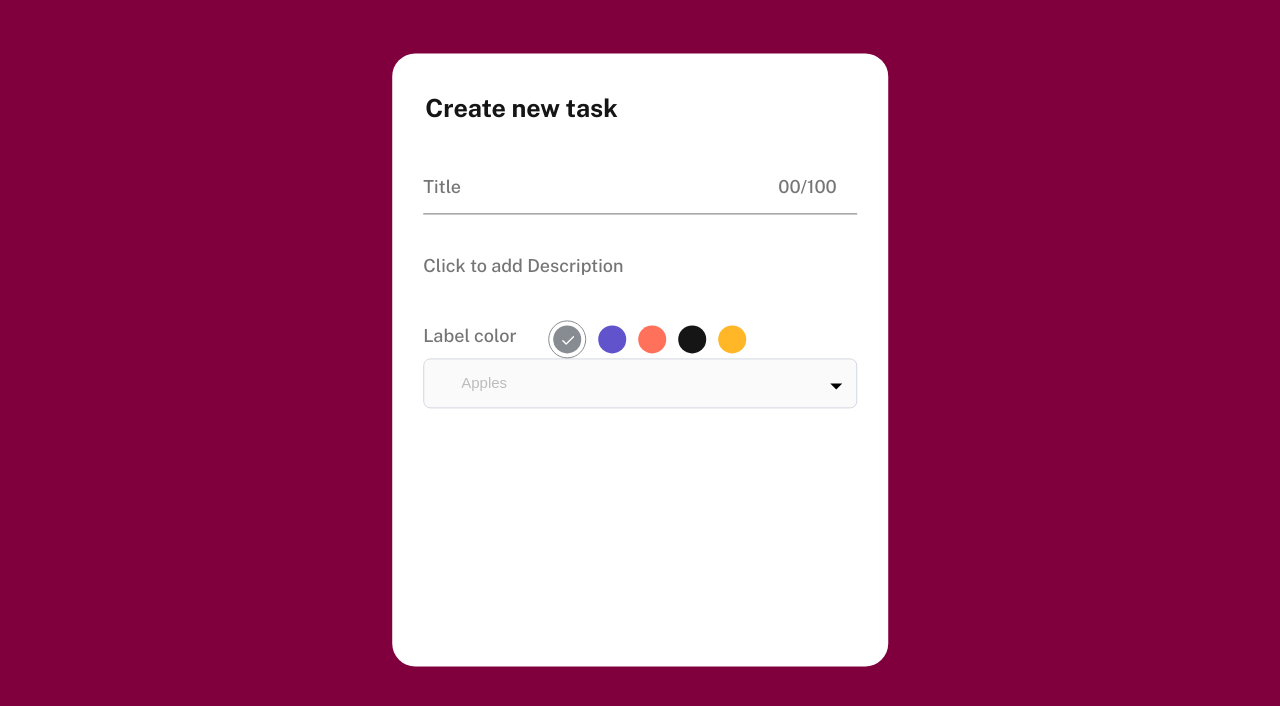
Repository: MorgunovaAlexandra/verstka-form
Page: index.html
These files come from the project's save history. The page is drawn as it stood at one moment and after the next save; the edit follows.
The browser window is 1280 px wide. The pictures show the whole page.
The style sheet was rebuilt from its Sass, Less or Tailwind sources for each picture, by a compiler version that may differ from the author's.

Above is the page before, as saved 2022-06-24 14:06:12.

### index.html
<!DOCTYPE html>
<html lang="ru">
<head>
    <meta charset="UTF-8">
    <meta http-equiv="X-UA-Compatible" content="IE=edge">
    <meta name="viewport" content="width=device-width, initial-scale=1.0">
    <link rel="stylesheet" href="./css/style.css">
    <title>Document</title>
</head>
<body>
    <div class="wrapper">
       <form class="form">

           <div class="fieldset">
            <legend><b>Create new task</b></legend>
            <div class="form__container __container">
            <div class="text-field">
                <input class="text-field__input" type="text" name="firstname" id="firstname"
                >
                <label class="text-field__label" for="username">Title</label>
                <label class="text-field__label2" for="username">00/100</label>
              </div>
              <div class="form-field__text">Click to add Description</div>
              <div class="form-fied__color field-color">
                  <div class="field-color__text">Label color</div>
                  <div class="field-color__color circle">
                      <div class="circle__border">
                          <div class="circle__color grey">
                              <img class="circle__img" src="./img/done.svg">
                          </div>
                      </div>
                      <div class="circle__color purple"></div>
                      <div class="circle__color red"></div>
                      <div class="circle__color black"></div>
                      <div class="circle__color yellow"></div>
                  </div>
              </div>
              <div class="form-field__select">
                  <div class="select__arrow">
                    <select name="select-category" id="" class="select">
                        <option value="1">Apples</option>
                        <option value="2">Bananas</option>
                        <option value="3">Grapes</option>
                      </select>
                  </div>
              </div>
              </div>
           </div>
        </form>
    </div>
</body>
</html>

### scss/style.scss
@import "variables";
@import "mixins";
@import url('https://fonts.googleapis.com/css2?family=Public+Sans:wght@500;700&display=swap');
body {
   @include vov(rgb(128, 0, 62));
   font-family:$fontFamily ;
   font-weight: $fontWaight;
   line-height: $lineHeight;
   font-size: $fontSize;
   color:$ColorGrey;
}
.__container{
    padding-left: 31px;
    padding-right: 31px;
}
.form{
    width: 495.55px;
    height: 613.21px;
    background-color: white;
    border-radius: 23px;
     box-sizing: border-box;
    position: fixed; top: 50%; left: 50%;
    -webkit-transform: translate(-50%, -50%);
    -ms-transform: translate(-50%, -50%);
    transform: translate(-50%, -50%);
}
legend{
    margin-top: 40px;
    margin-left: 31px;
    font-weight: 700;
    font-size: 25px;
    color:$ColorBlack;
}
.text-field{
    position: relative;
    display: flex;
    justify-content: center;
    margin-top: 46px;
    margin-bottom: 36px;

}
.text-field__input{
    width: 100%;
    height: 40px;
    border: none;
    border-bottom: 1px solid $ColorGrey ;

    }
.text-field__label{
   position: absolute;
   left: 0px;

}
.text-field__label2{
    position: absolute;
    right: 20px;
}
.form-field__text{
    margin-bottom: 38px;
}
.form-fied__color{
    display: flex;
    justify-content: flex-start;
}
.field-color__text{
margin-right: 32px;
}
.field-color__color{
    display: flex;
   align-items: center;
}

.circle__border{
    position: relative;
    width: 36px;
    height: 36px;
    border-radius: 50%;
    border: 1px solid #878C93;
}
.grey{
    position: absolute;
    width: 28px;
    height: 28px;
    top:4px;
    left: 4px;
    border-color: #878C93;
    border-radius: 50%;
    z-index: 30;

    background-color:
    #878C93;
}
.circle__img{
    position: absolute;
    top:10px;
    left: 8px;
}
.circle__color{
    width: 28px;
    height: 28px;
    border-radius: 50%;
    margin-right:12px ;
}
.purple{
    background-color: #6153CC;
    margin-left: 12px;
}
.red{
    background-color:#FF715B;
}
.black{
    background-color:$ColorBlack;
}
.yellow{
    background-color:#FFB627;
    margin-right:0px ;
}
.select{
    appearance: none;
    border: 1px solid #566789;
    opacity: 26%;
    width: 100%;
    height: 50px;
    border-radius: 7px;
    cursor: pointer;
    padding-left: 37px;
    padding-top: 15px;
    padding-bottom: 16px;
    padding-right: 35px;
    font-size: 15px;
}
.select__arrow{
    position: relative;
}
.select__arrow::after{
content: "";
position: absolute;
top:50%;
right: 15px;
transform: translateY(-50%);
display: block;
width: 12px;
height: 6px;

pointer-events: none;

width: 0;
height: 0;
border-style: solid;
border-width: 6px 6px 0 6px;
border-color: #000000 transparent transparent transparent;
border-style: inset;
-webkit-transform:rotate(360deg);


}

### scss/variables.scss
$bgColor: green;
$fontFamily:'Public Sans', sans-serif;
$fontWaight:500;
$fontSize:18px;
$lineHeight:31.86px;
$ColorBlack:#151515;
$ColorGrey:#757575;

### scss/mixins.scss
@mixin vov($color) {
    font-size: 30px;
    background-color:$color ;
}

After the next save:
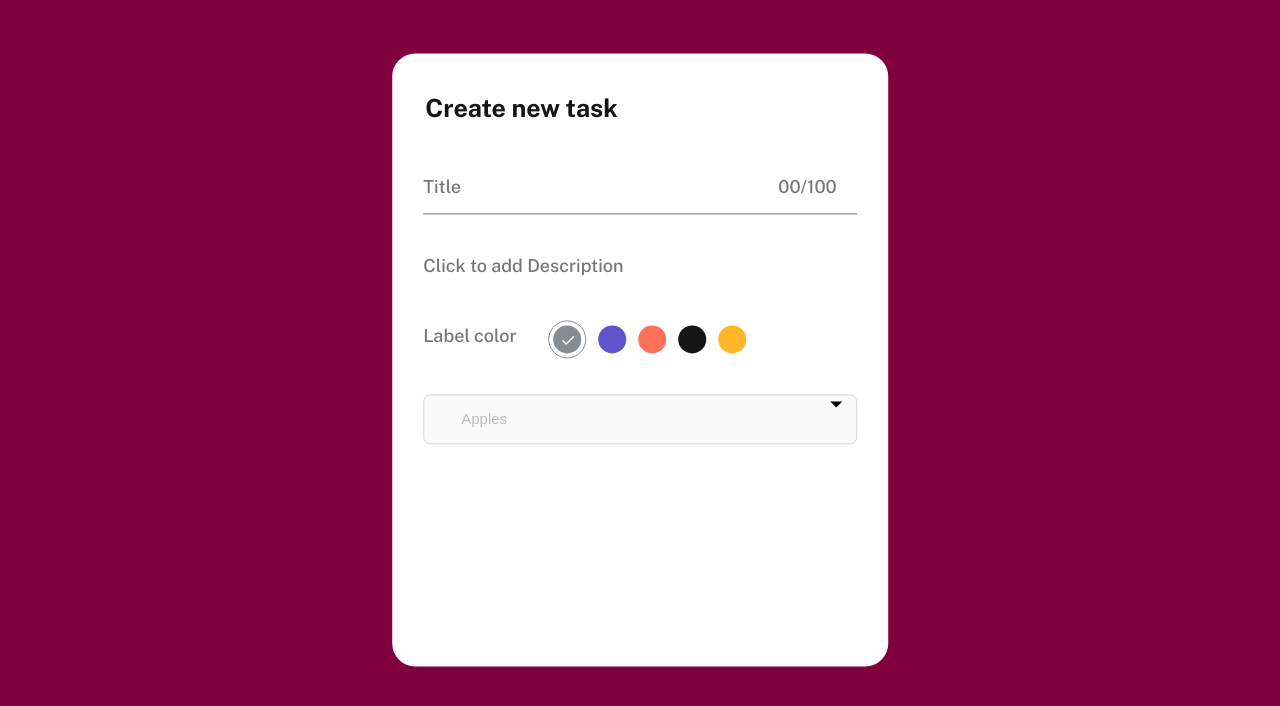
Saved 6 s later.
--- a/scss/style.scss
+++ b/scss/style.scss
@@ -128,6 +128,7 @@
     padding-bottom: 16px;
     padding-right: 35px;
     font-size: 15px;
+    margin-top: 36px;
 }
 .select__arrow{
     position: relative;

After the save that followed:
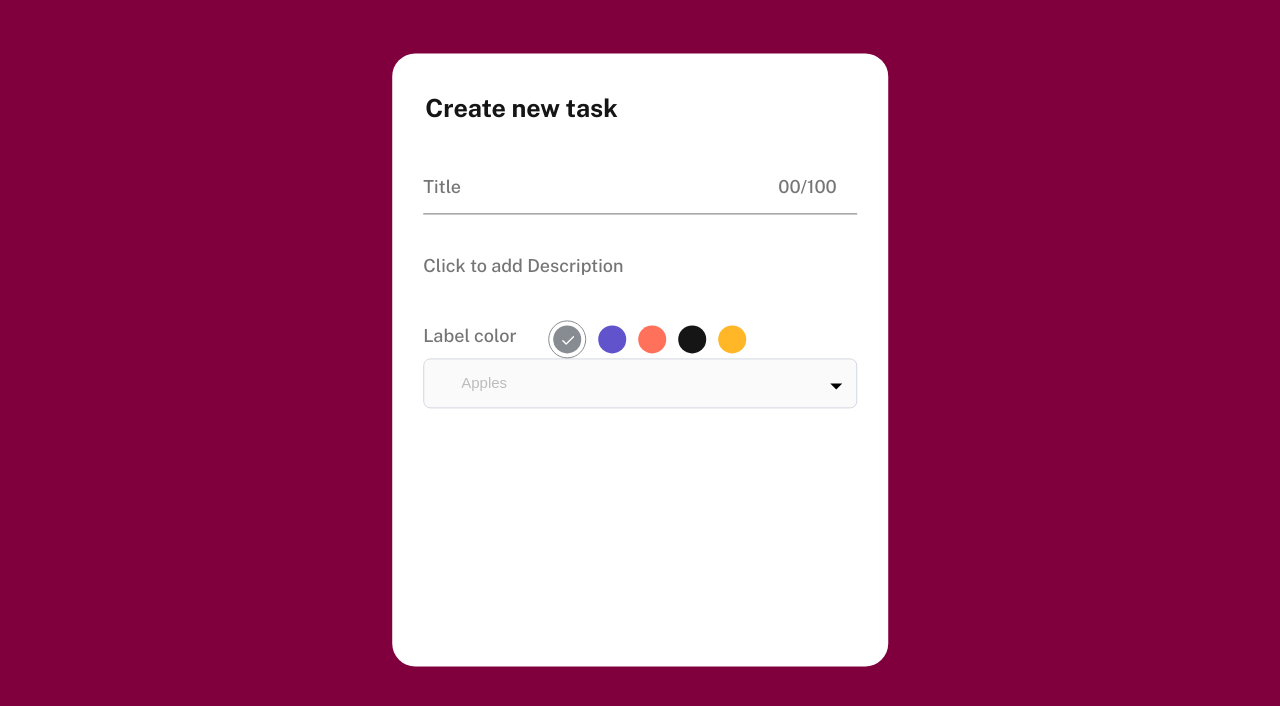
Saved 65 s later.
--- a/scss/style.scss
+++ b/scss/style.scss
@@ -128,7 +128,7 @@
     padding-bottom: 16px;
     padding-right: 35px;
     font-size: 15px;
-    margin-top: 36px;
+
 }
 .select__arrow{
     position: relative;
